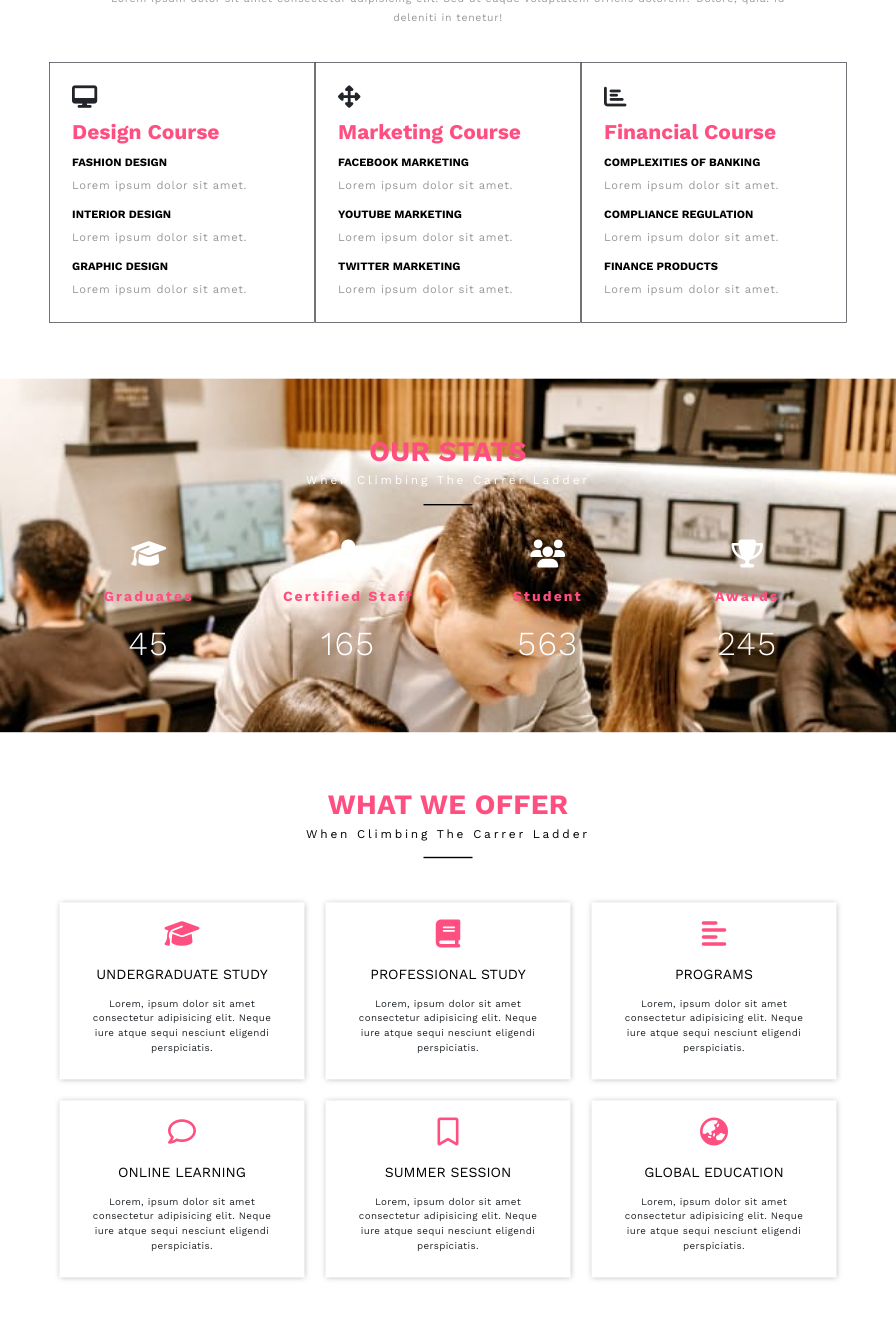
Repository: tudo1611/BC44_BOOTSTRAP_B7_INSTRUCTION_DO-TRUNG-TU
Page: index.html
These files come from the project's save history. The page is drawn as it stood at one moment and after a run of saves; the edit follows.
The browser window is 1280 px wide. The pictures show the part of the page from y = 1260 to 3180 px (the page is 3180 px tall), at 70% of full size.
Backgrounds fixed to the window are drawn as part of the page.

Above is the page before, as saved 2023-01-19 22:34:08.

### index.html
<!DOCTYPE html>
<html lang="en">
  <head>
    <meta charset="UTF-8" />
    <meta http-equiv="X-UA-Compatible" content="IE=edge" />
    <meta name="viewport" content="width=device-width, initial-scale=1.0" />
    <title>Instruction Cyber</title>
    <!-- bs4 css  -->
    <link
      rel="stylesheet"
      href="https://cdn.jsdelivr.net/npm/bootstrap@4.5.3/dist/css/bootstrap.min.css"
      integrity="sha384-TX8t27EcRE3e/ihU7zmQxVncDAy5uIKz4rEkgIXeMed4M0jlfIDPvg6uqKI2xXr2"
      crossorigin="anonymous"
    />
    <!-- font awesome -->
    <link
      rel="stylesheet"
      href="https://cdnjs.cloudflare.com/ajax/libs/font-awesome/6.2.1/css/all.min.css"
      integrity="sha512-MV7K8+y+gLIBoVD59lQIYicR65iaqukzvf/nwasF0nqhPay5w/9lJmVM2hMDcnK1OnMGCdVK+iQrJ7lzPJQd1w=="
      crossorigin="anonymous"
      referrerpolicy="no-referrer"
    />
    <!-- font gg  -->
    <link rel="preconnect" href="https://fonts.googleapis.com" />
    <link rel="preconnect" href="https://fonts.gstatic.com" crossorigin />
    <link
      href="https://fonts.googleapis.com/css2?family=Work+Sans:wght@300;400;700&display=swap"
      rel="stylesheet"
    />
    <!-- main css -->
    <link rel="stylesheet" href="./css/index.css" />
  </head>
  <body>
    <!-- header  -->
    <header>
      <div
        class="header__top d-flex justify-content-between align-items-center py-2 container-fluid"
      >
        <div class="header__left">
          <a href="tel:0961051014" class="text-white mr-4"
            ><i class="fa-solid fa-phone"></i> 096.105.1014</a
          >
          <a href="mailto:info@cybersoft.edu.vn" class="text-white"
            ><i class="fa-regular fa-envelope"></i> info@cybersoft.edu.vn</a
          >
        </div>
        <div class="header__right">
          <a href="#"><i class="fab fa-facebook-f"></i></a>
          <a href="#"><i class="fab fa-twitter"></i></a>
          <a href=""><i class="fab fa-pinterest"></i></a>
          <a href=""><i class="fab fa-linkedin-in"></i></a>
        </div>
      </div>
      <nav class="navInstruction navbar navbar-expand-lg container">
        <a class="navbar-brand text-center" href="#">
          <p class="mb-0"><i class="fa fa-book"></i> INSTRUCTION</p>
          <p class="mb-0">EDUCATION</p>
        </a>
        <button
          class="navbar-toggler"
          type="button"
          data-toggle="collapse"
          data-target="#navbarInstruction"
          aria-controls="navbarNavDropdown"
          aria-expanded="false"
          aria-label="Toggle navigation"
        >
          <i class="fa fa-bars"></i>
        </button>
        <div class="collapse navbar-collapse" id="navbarInstruction">
          <ul class="navbar-nav ml-auto">
            <li class="nav-item active">
              <a class="nav-link" href="#"
                >HOME <span class="sr-only">(current)</span></a
              >
            </li>
            <li class="nav-item">
              <a class="nav-link" href="#">ABOUT</a>
            </li>
            <li class="nav-item">
              <a class="nav-link" href="#">SERVICES</a>
            </li>
            <li class="nav-item">
              <a class="nav-link" href="#">GALLERY</a>
            </li>
            <li class="nav-item dropdown">
              <a
                class="nav-link dropdown-toggle"
                href="#"
                id="navbarDropdownMenuLink"
                role="button"
                data-toggle="dropdown"
                aria-haspopup="true"
                aria-expanded="false"
              >
                PAGES
              </a>
              <div
                class="dropdown-menu"
                aria-labelledby="navbarDropdownMenuLink"
              >
                <a class="dropdown-item" href="#">Codes</a>
                <a class="dropdown-item" href="#">Icons</a>
              </div>
            </li>
              <li class="nav-item">
              <a class="nav-link" href="#">CONTACT</a>
            </li>
          </ul>
        </div>
      </nav>
    </header>
    <!-- carousel -->
    <section class="cyberCarousel">
      <div id="carouselCyber" class="carousel slide" data-ride="carousel">
  <ol class="carousel-indicators">
    <li data-target="#carouselCyber" data-slide-to="0" class="active"></li>
    <li data-target="#carouselCyber" data-slide-to="1"></li>
    <li data-target="#carouselCyber" data-slide-to="2"></li>
  </ol>
  <div class="carousel-inner">
    <div class="carousel-item active">
      <img src="./img/g1.jpg" class="d-block w-100" alt="...">
      <div class="container carousel-caption d-none d-md-block">
        <h1>Graphic Work Designing.</h1>
        <p>Any successful career statrs with good education. Together with us you will have deeper knownledge of the subjects</p>
        <button class="btn">Read More <i class="fa fa-angle-double-right"></i></button>
      </div>
    </div>
    <div class="carousel-item">
      <img src="./img/g2.jpg" class="d-block w-100" alt="...">
      <div class="container carousel-caption d-none d-md-block">
        <h1>Financial Analyst Course.</h1>
        <p>Any successful career statrs with good education. Together with us you will have deeper knownledge of the subjects</p>
        <button class="btn">Read More <i class="fa fa-angle-double-right"></i></button>
      </div>
    </div>
    <div class="carousel-item">
      <img src="./img/g3.jpg" class="d-block w-100" alt="...">
      <div class="container carousel-caption d-none d-md-block">
       <h1>Digital Marketing Course.</h1>
        <p>Any successful career statrs with good education. Together with us you will have deeper knownledge of the subjects</p>
        <button class="btn">Read More <i class="fa fa-angle-double-right"></i></button>
      </div>
    </div>
  </div>
  <a class="carousel-control-prev" href="#carouselCyber" role="button" data-slide="prev">
    <span class="carousel-control-prev-icon" aria-hidden="true"></span>
    <span class="sr-only">Previous</span>
  </a>
  <a class="carousel-control-next" href="#carouselCyber" role="button" data-slide="next">
    <span class="carousel-control-next-icon" aria-hidden="true"></span>
    <span class="sr-only">Next</span>
  </a>
</div>
    </section>
    <!-- welcome  -->
    <section class="welcome section">
      <div class="heading">
        <h2>WELCOME TO EDUCATION</h2>
        <p>When Climbing The Carrer Ladder</p>
      </div>
      <div class="welcome__content">
        <p>Lorem ipsum dolor sit amet consectetur adipisicing elit. Sed ut eaque voluptatem officiis dolorem? Dolore, quia. Id deleniti in tenetur!</p>
        <div class="welcome__courses container">
          <div class="row">
            <div class="welcome__col col-4 border border-dark">
              <div class="welcome__item">
                <i class="fa fa-desktop"></i>
                <h3>Design Course</h3>
                <h4>Fashion Design</h4>
                <p>Lorem ipsum dolor sit amet.</p>
                <h4>Interior Design</h4>
                <p>Lorem ipsum dolor sit amet.</p>
                <h4>Graphic Design</h4>
                <p>Lorem ipsum dolor sit amet.</p>
              </div>
            </div>
            <div class="welcome__col col-4 border border-dark">
              <div class="welcome__item">
                <i class="fa fa-arrows-alt"></i>
                <h3>Marketing Course</h3>
                <h4>Facebook Marketing</h4>
                <p>Lorem ipsum dolor sit amet.</p>
                <h4>Youtube Marketing</h4>
                <p>Lorem ipsum dolor sit amet.</p>
                <h4>Twitter Marketing</h4>
                <p>Lorem ipsum dolor sit amet.</p>
              </div>
            </div>
            <div class="welcome__col col-4 border border-dark">
              <div class="welcome__item">
                <i class="fa fa-chart-bar"></i>
                <h3>Financial Course</h3>
                <h4>Complexities Of Banking</h4>
                <p>Lorem ipsum dolor sit amet.</p>
                <h4>Compliance Regulation</h4>
                <p>Lorem ipsum dolor sit amet.</p>
                <h4>Finance Products</h4>
                <p>Lorem ipsum dolor sit amet.</p>
              </div>
            </div>

          </div>

        </div>
      </div>
    </section>
    <!-- our stats  -->
    <section class="ourStats section">
      <div class="heading heading--white">
        <h2>OUR STATS</h2>
        <p>When Climbing The Carrer Ladder</p>
      </div>
      <div class="outStats__content container">
        <div class="row">
          <div class="col-3">
            <div class="ourStats__item">
              <i class="fa fa-graduation-cap"></i>
              <h3>Graduates</h3>
              <p>45</p>
            </div>
          </div>
          <div class="col-3">
            <div class="ourStats__item">
              <i class="fa fa-user"></i>
              <h3>Certified Staff</h3>
              <p>165</p>
            </div>
          </div>
          <div class="col-3">
            <div class="ourStats__item">
              <i class="fa fa-users"></i>
              <h3>Student</h3>
              <p>563</p>
            </div>
          </div>
          <div class="col-3">
            <div class="ourStats__item">
              <i class="fa fa-trophy"></i>
              <h3>Awards</h3>
              <p>245</p>
            </div>
          </div>
        </div>
      </div>

    </section>
    <!-- offer -->
    <section class="offer section">
       <div class="heading">
        <h2>WHAT WE OFFER</h2>
        <p>When Climbing The Carrer Ladder</p>
      </div>
      <div class="offer__content container">
        <div class="row">
          <div class="col-4 offer__col">
            <div class="offer__item">
              <i class="fa fa-graduation-cap"></i>
              <h3>UNDERGRADUATE STUDY</h3>
              <p>Lorem, ipsum dolor sit amet consectetur adipisicing elit. Neque iure atque sequi nesciunt eligendi perspiciatis.</p>
            </div>
          </div>
          <div class="col-4 offer__col">
            <div class="offer__item">
              <i class="fa fa-book"></i>
              <h3>PROFESSIONAL STUDY</h3>
              <p>Lorem, ipsum dolor sit amet consectetur adipisicing elit. Neque iure atque sequi nesciunt eligendi perspiciatis.</p>
            </div>
          </div>
          <div class="col-4 offer__col">
            <div class="offer__item">
              <i class="fa fa-align-left"></i>
              <h3>PROGRAMS</h3>
              <p>Lorem, ipsum dolor sit amet consectetur adipisicing elit. Neque iure atque sequi nesciunt eligendi perspiciatis.</p>
            </div>
          </div>
          <div class="col-4 offer__col">
            <div class="offer__item">
              <i class="fa-regular fa-comment"></i>
              <h3>ONLINE LEARNING</h3>
              <p>Lorem, ipsum dolor sit amet consectetur adipisicing elit. Neque iure atque sequi nesciunt eligendi perspiciatis.</p>
            </div>
          </div>
          <div class="col-4 offer__col">
            <div class="offer__item">
              <i class="fa-regular fa-bookmark"></i>
              <h3>SUMMER SESSION</h3>
              <p>Lorem, ipsum dolor sit amet consectetur adipisicing elit. Neque iure atque sequi nesciunt eligendi perspiciatis.</p>
            </div>
          </div>
          <div class="col-4 offer__col">
            <div class="offer__item">
              <i class="fa fa-globe-asia"></i>
              <h3>GLOBAL EDUCATION</h3>
              <p>Lorem, ipsum dolor sit amet consectetur adipisicing elit. Neque iure atque sequi nesciunt eligendi perspiciatis.</p>
            </div>
          </div>
        </div>

      </div>
    </section>
    <!-- feedback -->
    <section class="feedback"></section>
    <!-- new -->
    <section class="news"></section>
    <!-- footer  -->
    <footer></footer>

    <!-- thu vien ho tro -->
    <script
      src="https://cdnjs.cloudflare.com/ajax/libs/jquery/3.6.3/jquery.min.js"
      integrity="sha512-STof4xm1wgkfm7heWqFJVn58Hm3EtS31XFaagaa8VMReCXAkQnJZ+jEy8PCC/iT18dFy95WcExNHFTqLyp72eQ=="
      crossorigin="anonymous"
      referrerpolicy="no-referrer"
    ></script>
    <!-- bs4 js  -->
    <script
      src="https://cdn.jsdelivr.net/npm/bootstrap@4.5.3/dist/js/bootstrap.bundle.min.js"
      integrity="sha384-ho+j7jyWK8fNQe+A12Hb8AhRq26LrZ/JpcUGGOn+Y7RsweNrtN/tE3MoK7ZeZDyx"
      crossorigin="anonymous"
    ></script>
  </body>
</html>

### css/index.css
/* global */
*{
    margin: 0;
    padding: 0;
    box-sizing: border-box;
}

html, body{
    font-family: 'Work Sans', sans-serif;
    font-size: 62.5%;
}
.heading{
    text-align: center;
    margin-bottom: 4.8rem;
}

.heading h2{
    font-size: 4rem;
    color: #ff4f81;
    font-weight: bold;
    letter-spacing: .5px;
}
.heading p{
    font-size: 1.7rem;
    text-transform: capitalize;
    letter-spacing: 0.4rem;
    color: #000;
}
.heading p::after{
    content: "";
    width: 7rem;
    height: 0.2rem;
    background-color: #000;
    display: block;
    margin: 2rem auto;
}
.section{
    padding: 8rem 0;
}
.heading--white p{
    color: #fff;
}

/* header  */
.header__top {
    background-color: #ff4f81;
    font-size: 1.4rem;
}
.header__top a{
    text-decoration: none;
    color: #fff;
    transition: all .5s;
}
.header__left a:hover{
    color: #000 !important;
}
.header__right a{
    display: inline-block;
    text-align: center;
    width: 3rem;
    height: 3rem;
    line-height: 3rem;
    background-color: #000;
    border: 1px solid #000;
    margin-left: 0.25rem;
}
.header__right a:hover{
    background-color: #ff4f81;
    border-color: #fff;
}
.navInstruction a{
    color: #000;
    font-weight: bold;
}
.navInstruction .navbar-brand p:first-child{
    font-size: 3.6rem;

}
.navInstruction .navbar-brand p:first-child i{
    transform: skewX(-10deg);
}
.navInstruction .navbar-brand p:last-child{
    font-size: 1.1rem;
    color: #ff4f81;
    letter-spacing: 0.3rem;
}
#navbarInstruction .nav-link{
    font-size: 1.4rem;font-weight: bold;
    letter-spacing: 1px;
    transition: all .5s;
}
#navbarInstruction .nav-item:hover .nav-link{
    color: #ff4f81;
}
#navbarInstruction .nav-item{
    margin: 0 1.5rem;
}
#navbarInstruction .nav-item:after{
    content: "";
    display: inline-block;
    width: 0%;
    height: 0.2rem;
    background-color: #ff4f81;
    transition: all .5s;
}
#navbarInstruction .nav-item:hover::after{
    width: 100%;
}
#navbarInstruction .nav-item.active .nav-link{
    color: #ff4f81;
}
#navbarInstruction .nav-item.active::after{
    width: 100%;
}
#navbarInstruction .dropdown-menu{
    background-color: rgba(0, 0, 0, 0.6);
    border: 1px solid rgba(0, 0, 0, 0.6);
}
#navbarInstruction .dropdown-item{
    color: #fff;
    transition: all .5s;
}
#navbarInstruction .dropdown-item:focus, #navbarInstruction .dropdown-item:hover {
    background-color: transparent;
    color:#ff4f81;
}

/* carousel  */


#carouselCyber .carousel-caption{
    top: 60%;
    left: 50%;
    transform: translate(-50% , -50%);
}
#carouselCyber .carousel-caption h1{
    font-size: 5.2rem;
}
#carouselCyber .carousel-caption p{
    font-size: 1.6rem;
    font-weight: 300;
    letter-spacing: 0.4rem;
    line-height: 1.8rem;
    width: 70%;
    margin: auto;
    margin-bottom: 2.5rem;
}
#carouselCyber .carousel-caption .btn{
    padding: 1.1rem 2rem;
    color: #fff;
    border: 1px solid #fff;
    border-radius: 0;
    letter-spacing: 0.2rem;
    font-size: 1.4rem;
    transition: all .5s;
}
#carouselCyber .carousel-caption .btn:hover{
    background-color: #ff4f81;
    border-color: #ff4f81;
}
/* welcome  */
.welcome__content>p{
    width: 80%;
    margin: auto;
    text-align: center;
    font-size: 1.5rem;
    line-height: 1.8em;
    color: #999;
    letter-spacing: 1px;
    padding: 1rem 0 5rem;
}
.welcome__item i{
    font-size: 3.2rem;
}
.welcome__item h3{
    color: #ff4f81;
    font-weight: bold;
    font-size: 3rem;
    margin: 1.6rem 0;
}
.welcome__item h4{
    color: #000;
    font-size: 1.6rem;
    font-weight: bold;
    margin: 1.6rem 0 0.32rem;
    text-transform: uppercase;
}
.welcome__item p{
    color: #999;
    font-size: 1.6rem;
    line-height: 1.8em;
    margin: 1rem 0 0;
    letter-spacing: 1px;
}
.welcome__col{
    padding: 3.2rem;
}
/* ourstats  */
.ourStats{
    background-image: url(../img/g2.jpg);
    background-size: cover;
    background-attachment: fixed;
}
.outStats__content{
    text-align: center;
    color: #fff;
}
.outStats__content i{
    font-size: 4rem;
}
.outStats__content h3{
    font-size: 2rem;
    letter-spacing: 3px;
    font-weight: bold;
    margin: 3rem 0 2rem;
    color: #ff4f81;
}
.outStats__content p{
    font-size: 4.8rem;
    letter-spacing: 2px;
    font-weight: 300;
}
/* offer  */
.offer__col{
    padding: 1.5rem;
}
.offer__item{
    padding: 2.5rem 4rem;
    text-align: center;
    background-color: #fff;
    box-shadow: 0px 1px 8px 0px rgba(158, 158, 158, 0.75);
}
.offer__item i{
    color: #ff4f81;
    font-size: 4rem;
}
.offer__item h3{
    font-size: 2rem;
    margin: 2.5rem 0 2rem;
    color: #000;
}
.offer__item p{
    font-size: 1.4rem;
    letter-spacing: .5px;
    color
}

After the next 2 saves:
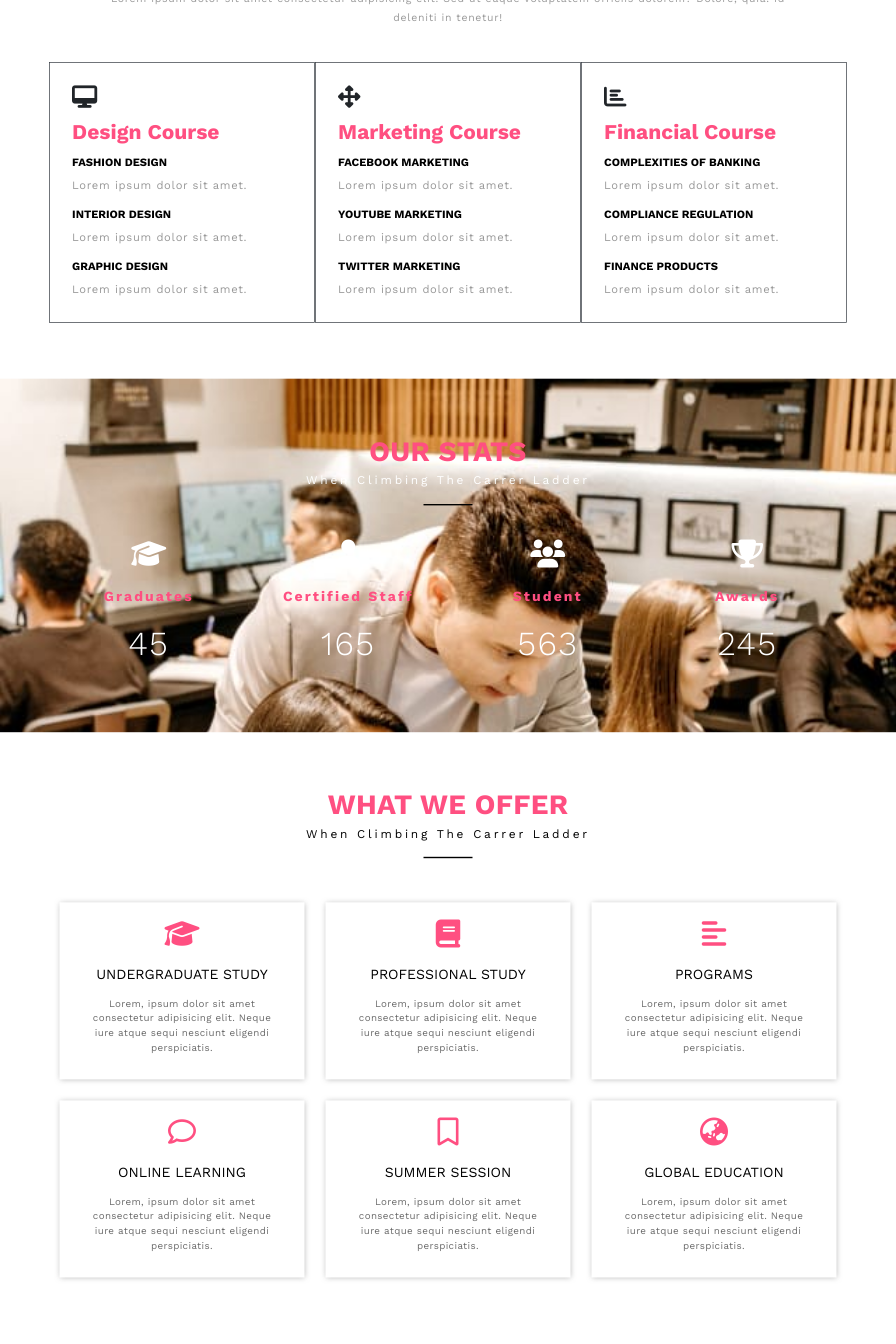
The 2 saves are shown as one change because they came seconds apart.
The last was saved 4 s later.
--- a/css/index.css
+++ b/css/index.css
@@ -242,5 +242,5 @@ html, body{
 .offer__item p{
     font-size: 1.4rem;
     letter-spacing: .5px;
-    color
-}
+    color: #6b6b6b;
+}
